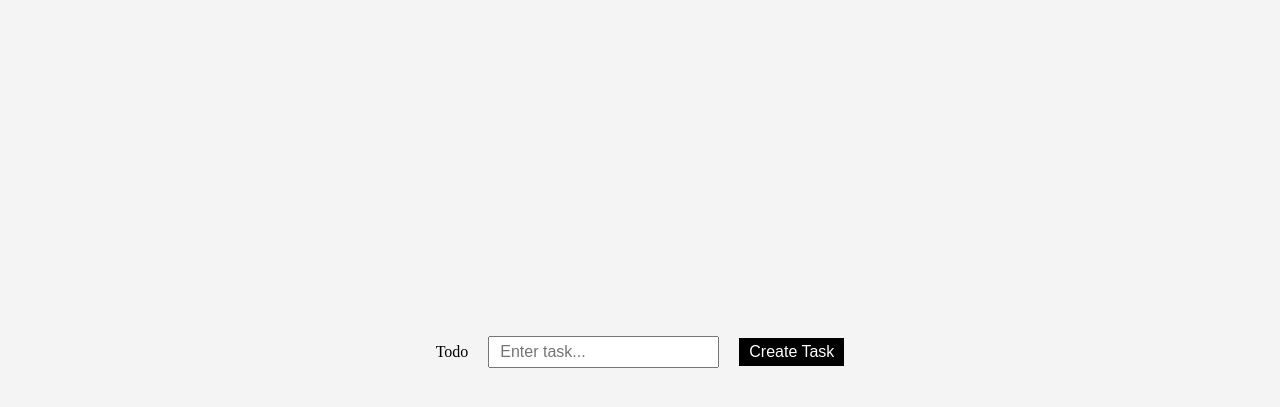
Repository: pawvan/todo_app
Page: markup/tod.html
These files come from the project's save history. The page is drawn as it stood at one moment and after the next save; the edit follows.
The browser window is 1280 px wide. The pictures show the whole page.

Above is the page before, as saved 2025-01-11 22:19:56.

After the next save:
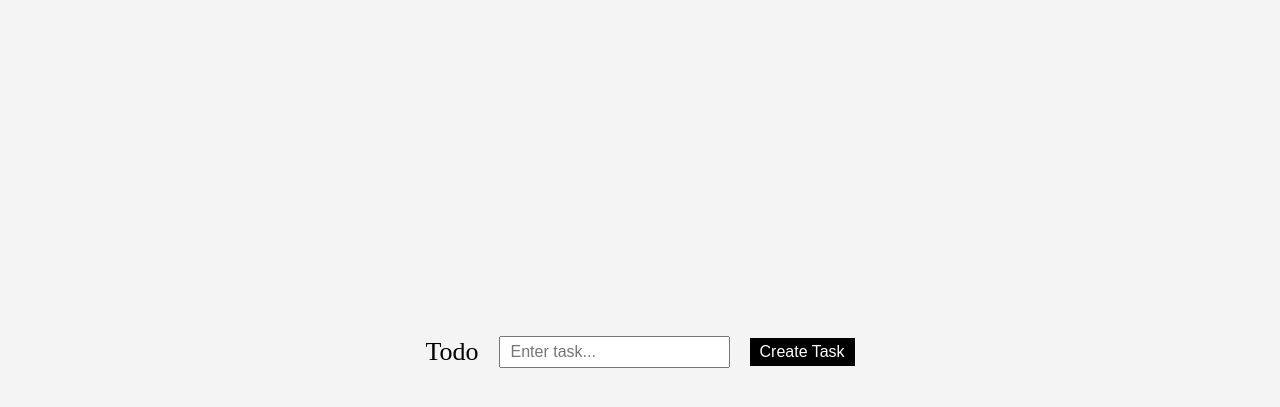
Saved 3 s later.
--- a/styles/todo.css
+++ b/styles/todo.css
@@ -18,7 +18,7 @@ body {
 
 .todo-header
 {
-    font
+    font-size: 26px;
 }
 
 #todo-input {
